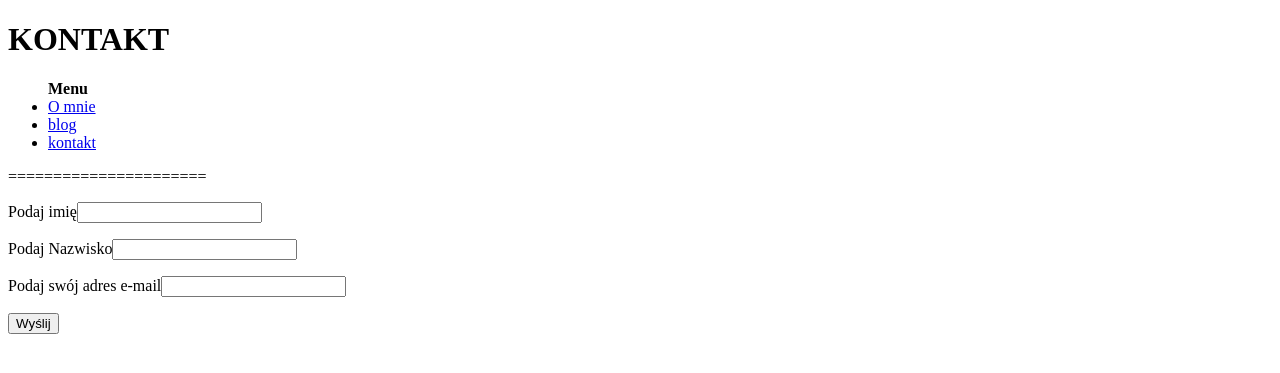
Repository: TomaszPrysak/spring_programy
Page: http://localhost/kontakt
An editor plug-in stored every save of this project. The page is shown before and after the next save, followed by the edit.
The browser window is 1280 px wide. The pictures show the whole page.
The page is this project's Thymeleaf template; nobody is signed in. The template is opened directly, without the code that normally fills it, so the values that code supplies are empty.

Above is the page before, as saved 2017-08-28 12:48:57.

### Spring_Cwiczenie_S1_Jar/src/main/resources/templates/kontakt.html
<!DOCTYPE html>
<html xmlns:th="http://www.thymeleaf.org">

	<head>
		<meta http-equiv="Content-type" content="text/html; charset=utf-8"/>
	</head>

	<body>
		<h1>KONTAKT</h1>

		<ul><b>Menu</b>
			<li><a href="/">O mnie</a></li>
  			<li><a href="/blog">blog</a></li>
  			<li><a href="#">kontakt</a></li>
		</ul>

		<p>======================</p>

		<form action="/success" method="get">
			<p>Podaj imię<input type="text" name="first"/></p>
			<p>Podaj Nazwisko<input type="text" name="last"/></p>
			<p>Podaj swój adres e-mail<input type="email" name="email"/></p>
			<input type="submit" value="Wyślij"/>
		</form>
	</body>
</html>

### Spring_Cwiczenie_S1_Jar/src/main/resources/static/style.css
body	{
		background-color: pink;
}

After the next save:
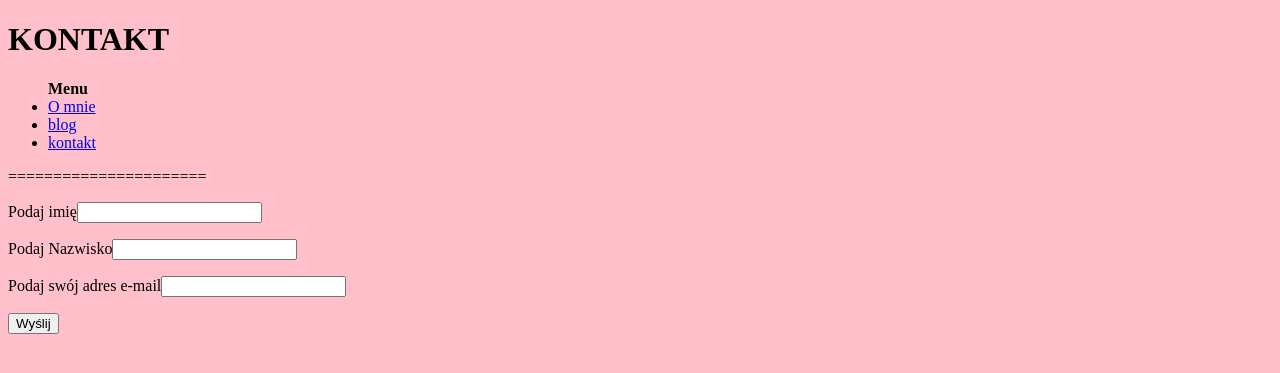
Saved 2 min 8 s later.
--- a/Spring_Cwiczenie_S1_Jar/src/main/resources/templates/kontakt.html
+++ b/Spring_Cwiczenie_S1_Jar/src/main/resources/templates/kontakt.html
@@ -3,7 +3,10 @@
 
 	<head>
 		<meta http-equiv="Content-type" content="text/html; charset=utf-8"/>
+		<link rel="stylesheet" href="style.css">
 	</head>
+
+
 
 	<body>
 		<h1>KONTAKT</h1>
